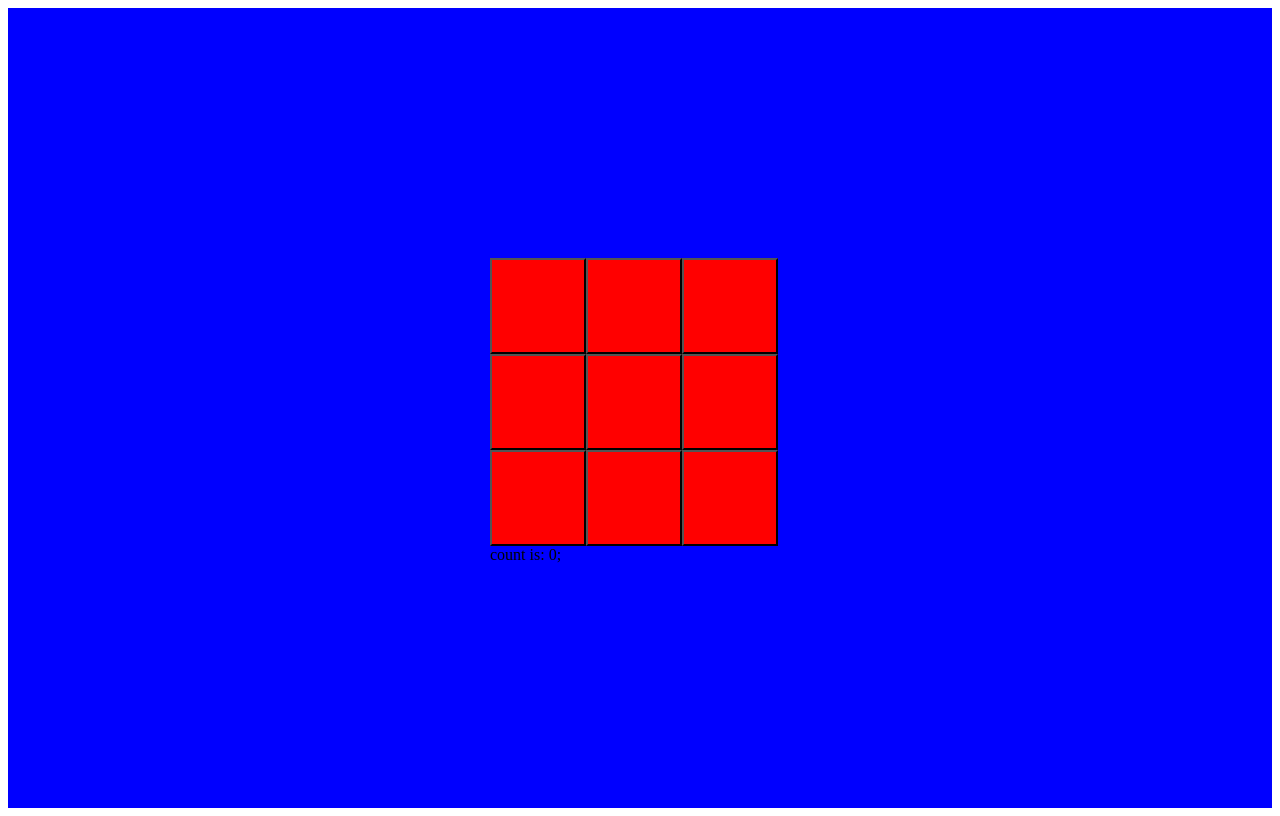
Repository: Mush-s/Folio-OX
Page: /game
The author's editor kept a copy of each file at every save. The page is drawn from the files as they stood at one save, then again after the next save.
The browser window is 1280 px wide. The pictures show the whole page.
The project was rebuilt for these pictures with package versions that can differ from the ones it lists, and the page was loaded fresh each time. Also part of the build but not shown: src/GameOver/GameOver.css, src/GameOver/GameOver.js.

Above is the page before, as saved 2022-09-02 11:07:01.

### src/index.js
import { createRoot } from "react-dom/client";
import App from "./App";
const container = document.getElementById("root");
const root = createRoot(container);
root.render(<App />);

### src/App.js
import "./App.css";
import Game from "./Game/Game";

const App = () => {
  return (
    <div className="app">
      <Game />
    </div>
  );
};

export default App;

### src/App.css
.app {
  position: relative;
  height: 50em;
  background-color: blue;
}

### src/Game/Game.js
import { useEffect, useState } from "react";
import Cell from "./Cell";
import { Pattern } from "../Patterns/Pattern";
import GameOver from "../GameOver/GameOver";

import "./Game.css";

const Game = () => {
  const [player, setPlayer] = useState("O");
  const [countDown, setCountDown] = useState(8);
  const [gameOver, setGameOver] = useState(false);
  const [result, setResult] = useState();
  const [mode, setMode] = useState("Normal");
  const [time, setTime] = useState(5);

  const [cellValues, setCellValues] = useState([
    "",
    "",
    "",
    "",
    "",
    "",
    "",
    "",
    "",
  ]);

  useEffect(() => {
    checkWin();
  });

  let timer;
  const updataCount = () => {
    timer = setInterval(() => {
      setTime((preC) => preC - 1);
    }, 1000);

    if (player === "O") return () => clearInterval(timer);
    if (player === "X") return () => clearInterval(timer);

    if (time === 0) {
      clearInterval(timer);
      if (player === "O") {
        setResult("X is Winner");
      }
      if (player === "X") {
        setResult("O is Winner");
      }
    }
  };

  useEffect(() => {
    updataCount();
    console.log(time);
    return () => clearInterval(timer);
  });

  const isCellEmpty = (index) => cellValues[index] === "";

  //Cell Clicked ここから

  const clickHandler = (index) => {
    if (isCellEmpty(index)) {
      setCountDown(countDown - 1);
      const newCellValues = [...cellValues];
      newCellValues[index] = player;
      setCellValues(newCellValues);

      if (player === "O") {
        setPlayer("X");
      } else {
        setPlayer("O");
      }

      if (countDown === 0) {
        setGameOver(true);
        setResult("引き分けです");
      }
      // Repaint mode 処理
    } else {
      if (mode === "Repaint") {
        setCountDown(countDown - 1);
        const newCellValues = [...cellValues];
        newCellValues[index] = player;
        setCellValues(newCellValues);

        if (player === "O") {
          setPlayer("X");
        } else {
          setPlayer("O");
        }
      }
      setMode("Normal");
    }
  };

  //Reset Button ここから

  const resetHandler = () => {
    setPlayer("O");
    setCountDown(8);
    setCellValues(["", "", "", "", "", "", "", "", ""]);
    setResult();
  };

  //Back button ここから

  const backHandler = () => {
    // setCountDown(countDown + 1);
    // const backedValues = [...cellValues]
    // setCellValues(backedValues)
    // if (player === "O") {
    //   setPlayer("X");
    // } else {
    //   setPlayer("O");
    // }
  };

  //Change button ここから

  const ChangeHandler = () => {
    if (mode === "Normal") {
      setMode("Repaint");
    }
    if (mode === "Repaint") {
      setMode("Normal");
    }
  };
  //勝ち負け判定

  const checkWin = () => {
    Pattern.forEach((currPa) => {
      const firstPlayer = cellValues[currPa[0]];
      if (firstPlayer === "") return;
      console.log(cellValues[currPa[0]]);
      let foundWiiningPattern = true;
      currPa.forEach((i) => {
        if (cellValues[i] !== firstPlayer) {
          foundWiiningPattern = false;
        }
      });

      if (foundWiiningPattern) {
        if (player === "O") {
          setResult("X is Winner");
          setGameOver(true);
        } else {
          setResult("O is Winner");
          setGameOver(true);
        }
      }
    });
  };
  return (
    <div className="game">
      <div className="result">{result}</div>
      {cellValues.map((value, index) => (
        <Cell key={index} value={value} onClick={() => clickHandler(index)} />
      ))}
      {gameOver && (
        <GameOver
          mode={mode}
          onClick={resetHandler}
          onBack={backHandler}
          onChange={ChangeHandler}
        />
      )}
      <div>count is: {time}</div>;
    </div>
  );
};

export default Game;

### src/Game/Cell.js
import "./Cell.css";

const Cell = (props) => {
  return (
    <div className="cell flat border">
      <button onClick={props.onClick}>{props.value}</button>
    </div>
  );
};

export default Cell;

### src/Patterns/Pattern.js
export const Pattern = [
  [0, 1, 2],
  [3, 4, 5],
  [6, 7, 8],
  [0, 3, 6],
  [1, 4, 7],
  [2, 5, 8],
  [0, 4, 8],
  [2, 4, 6],
];

### src/Game/Game.css
.game {
  position: absolute;
  top: 50%;
  left: 50%;
  margin-right: -50%;
  transform: translate(-50%, -50%);
  height: 300px;
  width: 300px;
  display: flex;
  flex-wrap: wrap;
}

.game .result {
  font-size: 50px;
  margin-bottom: 20px;
}

### src/Game/Cell.css
.cell {
    height: 32%;
    width: 32%;
}
.cell button{
  width:100%;
  height:100%;
  color:aqua;
  background-color: red;
}


  .flat.border:hover {
    background: #ff9300;
    color: #fff;
  }
  .flat.border:active, .flat.border:focus {
    top: 2px;
  }

Loaded but not shown: public/index.html (common file)

After the next save:
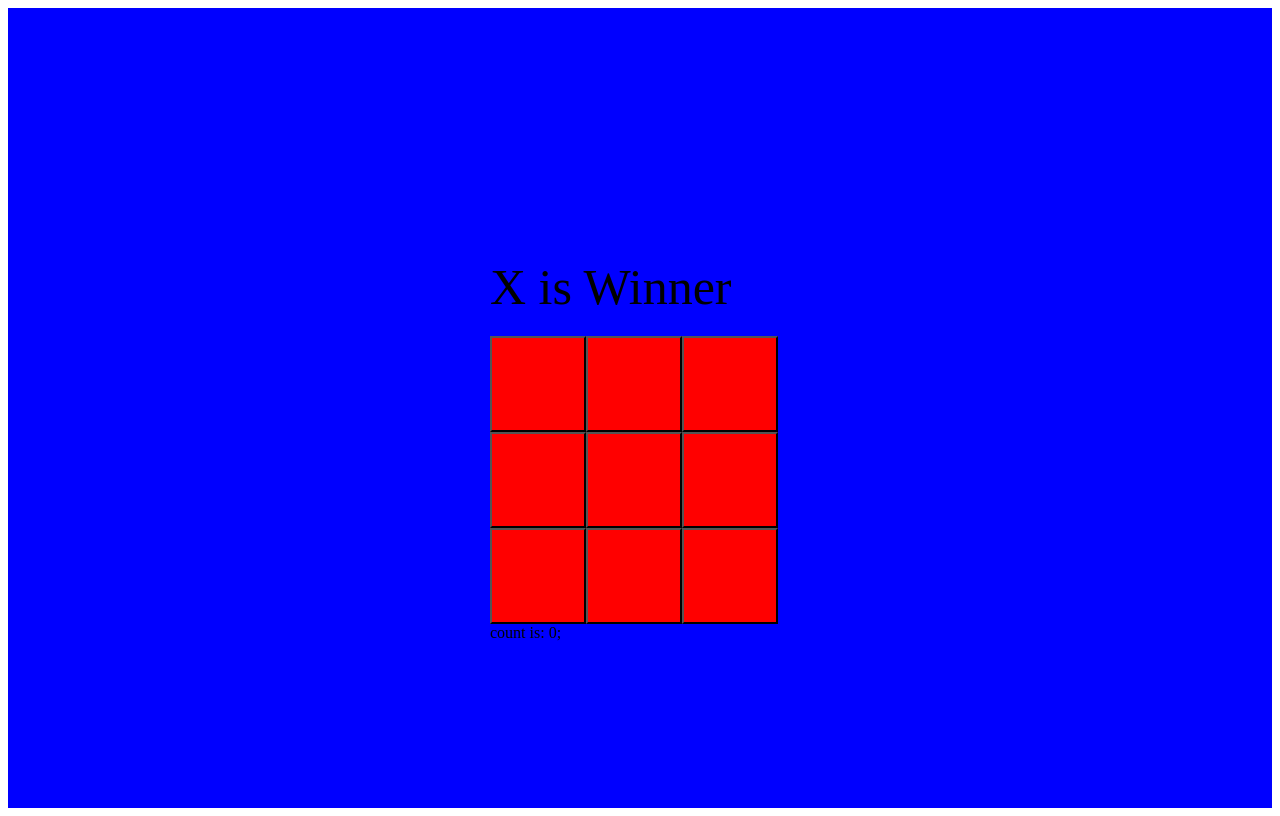
Saved 87 s later.
--- a/src/Game/Game.js
+++ b/src/Game/Game.js
@@ -35,9 +35,6 @@
       setTime((preC) => preC - 1);
     }, 1000);
 
-    if (player === "O") return () => clearInterval(timer);
-    if (player === "X") return () => clearInterval(timer);
-
     if (time === 0) {
       clearInterval(timer);
       if (player === "O") {
@@ -54,6 +51,10 @@
     console.log(time);
     return () => clearInterval(timer);
   });
+
+  useEffect(() => {
+    setTime(5);
+  }, [player]);
 
   const isCellEmpty = (index) => cellValues[index] === "";
 

After the save that followed:
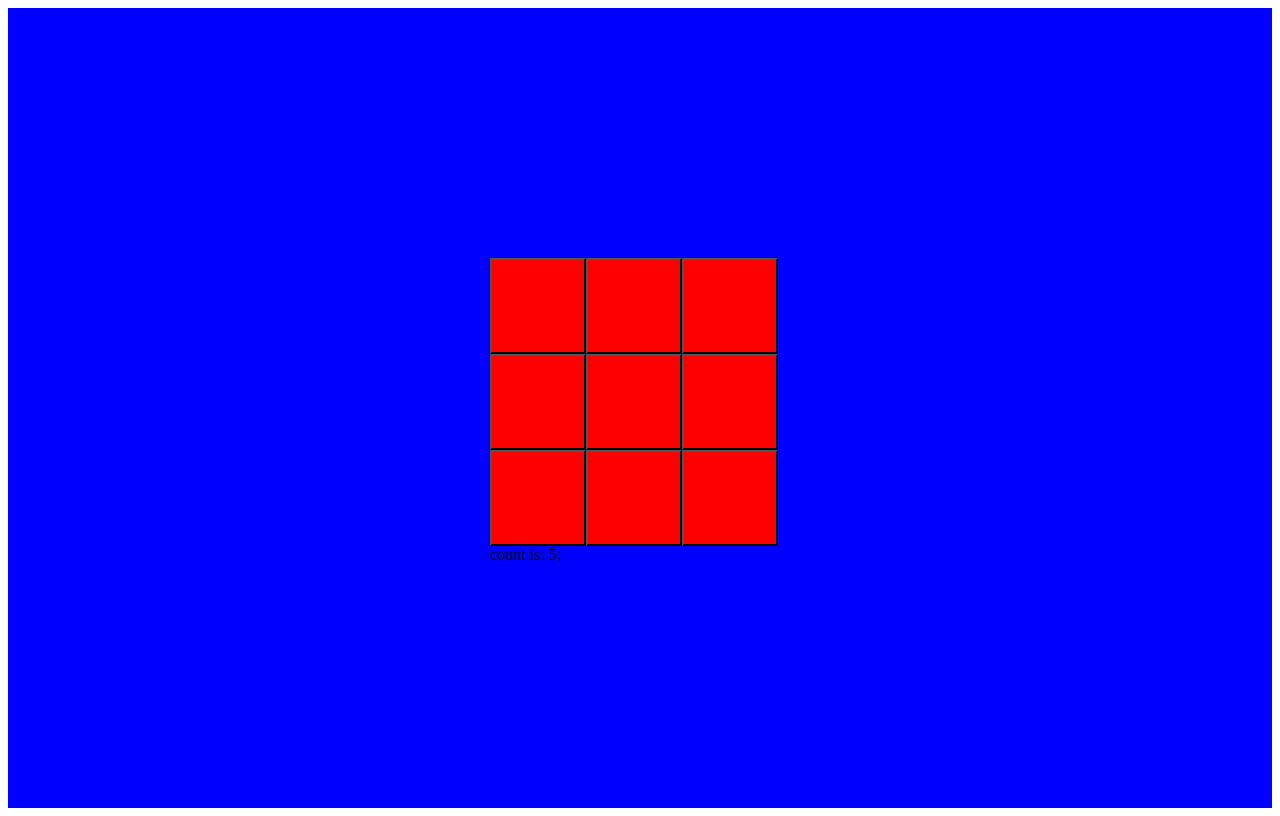
Saved 56 s later.
--- a/src/Game/Game.js
+++ b/src/Game/Game.js
@@ -29,25 +29,23 @@
     checkWin();
   });
 
-  let timer;
-  const updataCount = () => {
-    timer = setInterval(() => {
-      setTime((preC) => preC - 1);
-    }, 1000);
+  useEffect(() => {
+    let timer;
+    const updataCount = () => {
+      timer = setInterval(() => {
+        setTime((preC) => preC - 1);
+      }, 1000);
 
-    if (time === 0) {
-      clearInterval(timer);
-      if (player === "O") {
-        setResult("X is Winner");
+      if (time === 0) {
+        clearInterval(timer);
+        if (player === "O") {
+          setResult("X is Winner");
+        }
+        if (player === "X") {
+          setResult("O is Winner");
+        }
       }
-      if (player === "X") {
-        setResult("O is Winner");
-      }
-    }
-  };
-
-  useEffect(() => {
-    updataCount();
+    };
     console.log(time);
     return () => clearInterval(timer);
   });
